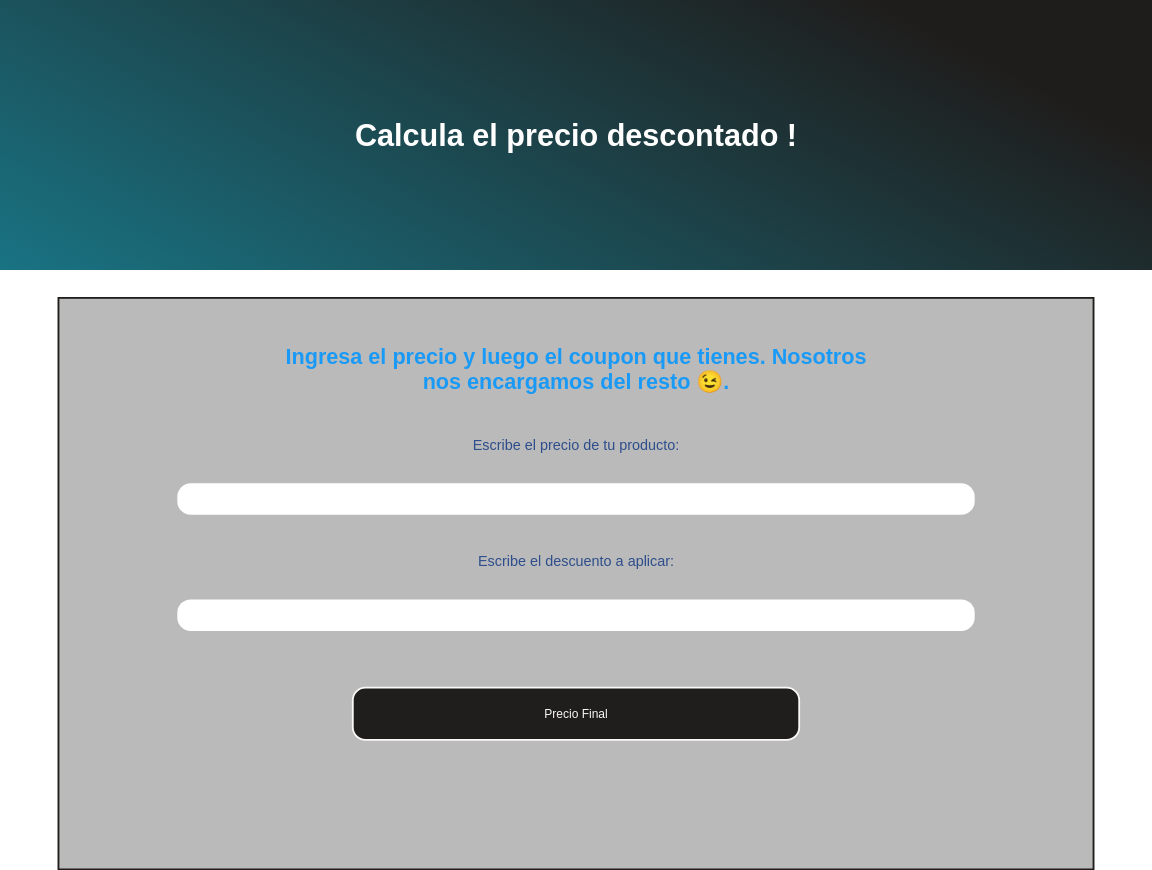
Repository: ChristianGecchelin/javascript-project
Page: javascript-project/descuentos y porcentajes/descuentos.html
The author's editor kept a copy of each file at every save. The page is drawn from the files as they stood at one save, then again after the next save.
The browser window is 1280 px wide. The pictures show the whole page, at 90% of full size.

Above is the page before, as saved 2021-12-05 18:33:37.

### javascript-project/descuentos y porcentajes/descuentos.html
<!DOCTYPE html>
<html lang="es">
  <head>
    <meta charset="UTF-8" />
    <meta http-equiv="X-UA-Compatible" content="IE=edge" />
    <meta name="viewport" content="width=device-width, initial-scale=1.0" />
    <title>Porcentajes y descuentos</title>
    <link rel="stylesheet" href="./style.css" />
  </head>
  <body>
    <header>
      <div class="header--title-container">
        <h1>Calcula el precio descontado !</h1>
      </div>
    </header>
    <main>
      <section class="title-container">
        <h2 class="title">
          Ingresa el precio y luego el coupon que tienes. Nosotros nos
          encargamos del resto 😉.
        </h2>
        <div class="container-form">
          <form action="">
            <div class="form--labelContainer">
              <label class="form--label-input" for="inputPrice">
                Escribe el precio de tu producto:</label
              >
              <input class="form--input" type="number" id="inputPrice" />
            </div>
            <div class="form--labelContainer">
              <label class="form--label-input" for="inputCoupon"
                >Escribe el descuento a aplicar:</label
              >
              <input class="form--input" type="text" id="inputCoupon" />
            </div>

            <button type="button" onclick="calculateDiscountPrice()">
              Precio Final
            </button>
          </form>
        </div>
        <section class="container-answer">
          <p id="resultFunction"></p>
        </section>
      </section>
    </main>

    <script src="./descuentos.js"></script>
  </body>
</html>

### javascript-project/descuentos y porcentajes/style.css
:root {
  --Dark-lightblue: #197383;
  --soft-orange: #ffe9d5;
  --secondary-blue: #1a9af7;
  --soft-blue: #e7f5ff;
  --warm-black: #201e1c;
  --black: #282623;
  --grey: #bababa;
  --off-white: #faf8f7;
  --just-white: #fff;
}
* {
  box-sizing: border-box;
  margin: 0;
  padding: 0;
}
html {
  font-size: 62.5%;
  font-family: "DM Sans", sans-serif;
}
header {
  position: relative;
  display: flex;
  flex-direction: column;
  justify-content: center;
  width: 100%;
  min-width: 320px;
  height: 300px;
  text-align: center;
  background: linear-gradient(207.8deg, #1f1d1c 16.69%, #197383 100%);
}
header .header--title-container {
  display: flex;
  justify-content: center;
  align-self: center;
  width: 90%;
  min-width: 288px;
  max-width: 900px;
  height: 200px;
  text-align: center;
}
header .header--title-container h1 {
  margin: auto;
  font-size: 3.4rem;
  font-weight: 700;
  line-height: 3.6rem;
  color: var(--just-white);
}
.title-container {
  width: 90%;
  height: auto;
  margin: 0 auto;
  margin-top: 30px;
  padding-top: 50px;
  padding-bottom: 100px;
  text-align: center;
  background-color: #bababa;
  border: 2px solid var(--warm-black);
}
.title-container .title {
  width: 60%;
  margin: 0 auto;
  margin-bottom: 25px;
  font-size: 2.4rem;
  font-weight: 700;
  color: #1a9af7;
}
.title-container .container-form {
  display: flex;
  flex-direction: column;
  justify-content: center;
  height: auto;
  padding: 20px 20px;
}
.title-container .container-form .form--labelContainer {
  margin-bottom: 40px;
}
.title-container .container-form .form--label-input {
  display: block;
  font-size: 1.6rem;
  font-weight: 500;
  line-height: 2.4rem;
  color: rgba(34, 68, 136, 0.92);
}
.title-container .container-form .form--input {
  display: block;
  width: 80%;
  height: 35px;
  margin: 30px auto;
  border: none;
  border-radius: 15px;
  text-align: center;
  font-size: 2rem;
  font-weight: 500;
}
.title-container .container-form .form--input:focus {
  border: 5px solid var(--Dark-lightblue);
  width: 85%;
  border-radius: 15px;
}
.title-container .container-form button {
  width: 45%;
  height: 60px;
  margin: 2%;
  padding: 5px 10px;
  border: 2px solid var(--off-white);
  border-radius: 15px;
  background-color: var(--warm-black);
  color: var(--off-white);
}

### javascript-project/descuentos y porcentajes/descuentos.js
// Voy a relacionar los descuentos a cupones que el cliente puede aplicar para bajar el precio del producto
// 1° creo un array de objetos. propiedad: valor,
const coupons = [
  {
    name: "nuevo-socio",
    discount: 30,
  },
  { name: "primera-compra", discount: 15 },
  { name: "navidad", discount: 10 },
  {
    name: "cumpleaños",
    discount: 5,
  },
];
function calculoPrecioConDescuento(precio, descuento) {
  // Calculo el porcentaje final que PAGARA el cliente
  const porcentajePrecioConDescuento = 100 - descuento;
  const precioConDescuento = (precio * porcentajePrecioConDescuento) / 100;
  return precioConDescuento;
}
//Esta funcion es la que llamaremos cuando tocamos el boton
//tomamos los valores puestos en los input
function calculateDiscountPrice() {
  const inputPrice = document.getElementById("inputPrice");
  const priceValue = inputPrice.value;
  const inputCoupon = document.getElementById("inputCoupon");
  const couponValue = inputCoupon.value;
  // Esta funcion validara si coupon name es igual a coupon value, solo se ejecuta cuando la llamo

  const isCouponValueValid = function (coupon) {
    return coupon.name === couponValue;
  };
  //recorreremos el array de cupones para ver si lo introducido en el input corresponde a un cupon valido mediante la funcion anterior y lo almacenamos en una constante
  const userCoupon = coupons.find(isCouponValueValid);
  //si no corresponde nos da un alert. Pero si es valido, la propiedad discount se la asigno a descuento y ejecuto las funciones para calcular
  //finalmente lo traslado al html
  if (!userCoupon) {
    alert(`El cupón ${couponValue} no es válido`);
  } else {
    const descuento = userCoupon.discount;
    const precioConDescuento = calculoPrecioConDescuento(priceValue, descuento);
    const resultP = document.getElementById("ResultP");
    resultP.innerText = `El precio con descuento es: ${precioConDescuento}`;
  }
}

After the next save:
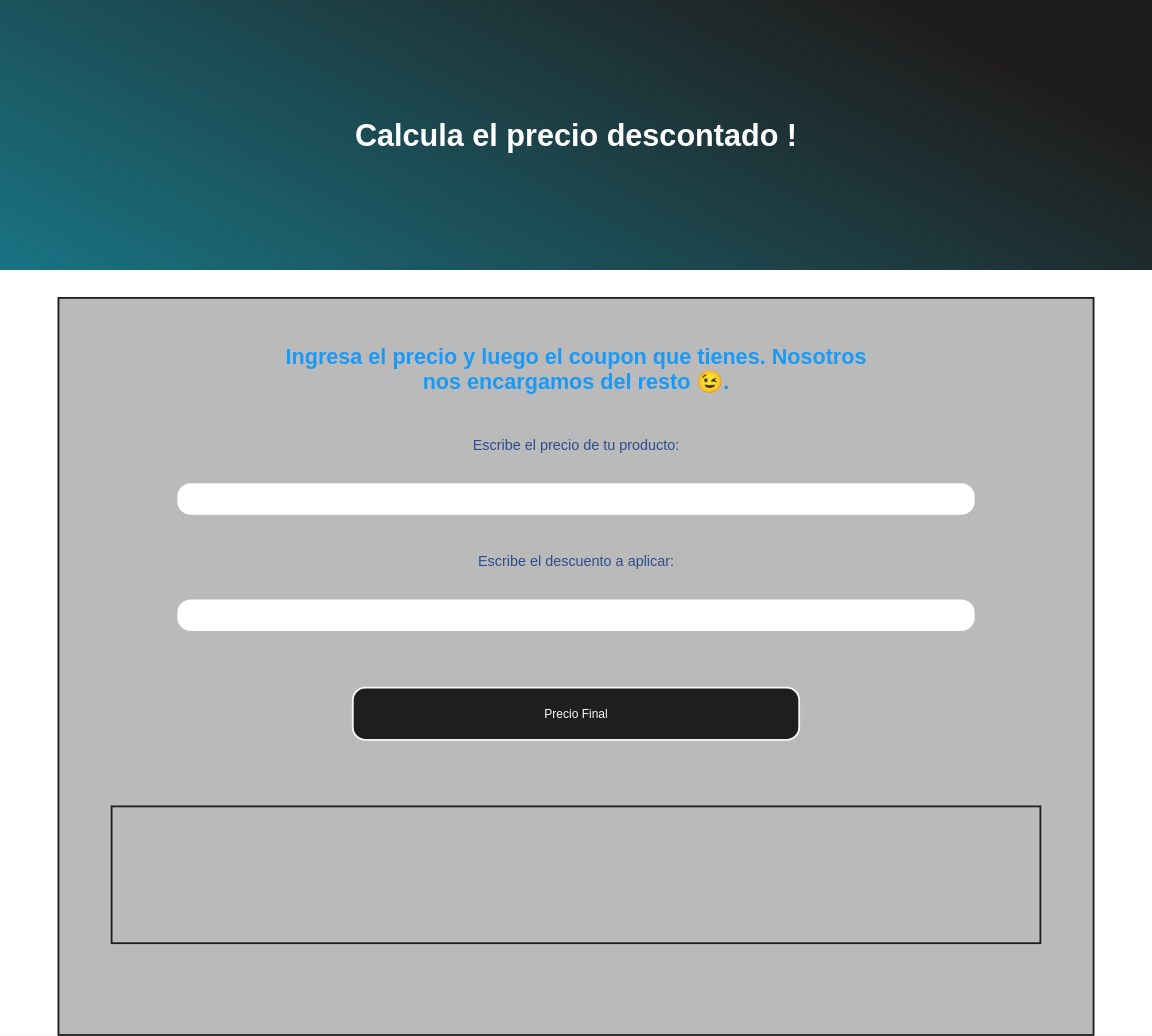
Saved 99 s later.
--- a/javascript-project/descuentos y porcentajes/style.css
+++ b/javascript-project/descuentos y porcentajes/style.css
@@ -108,3 +108,14 @@ header .header--title-container h1 {
   background-color: var(--warm-black);
   color: var(--off-white);
 }
+.container-answer {
+  width: 90%;
+  height: auto;
+  margin: 0 auto;
+  margin-top: 30px;
+  padding-top: 50px;
+  padding-bottom: 100px;
+  text-align: center;
+  background-color: #bababa;
+  border: 2px solid var(--warm-black);
+}
